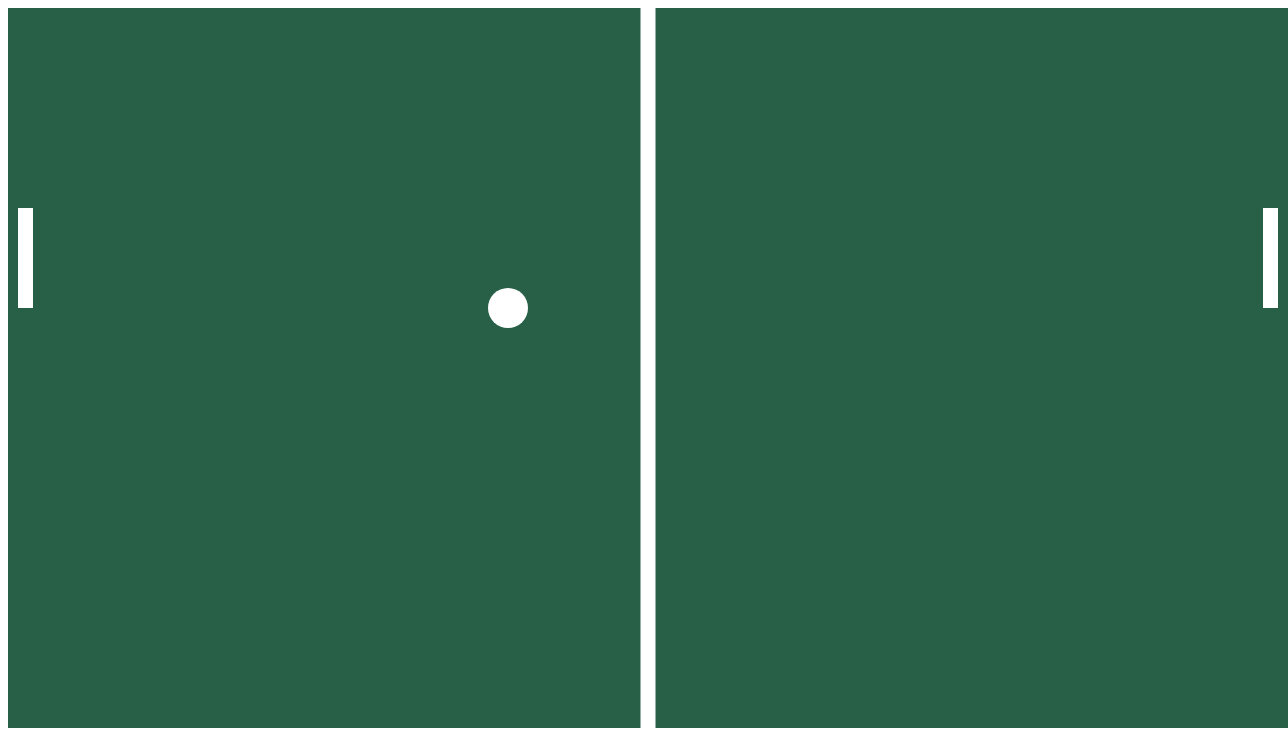
Repository: luizgaivaa/Game
Page: index.html
These files come from the project's save history. The page is drawn as it stood at one moment and after a run of saves; the edit follows.
The browser window is 1280 px wide. The page is 1288 px wide, so the pictures cover 1288 px, including what lies to the right of the window. The pictures show the whole page.

Above is the page before, as saved 2024-03-26 16:32:42.
Console error (its wording comes from the project's code and is left out).

After the next 3 saves:
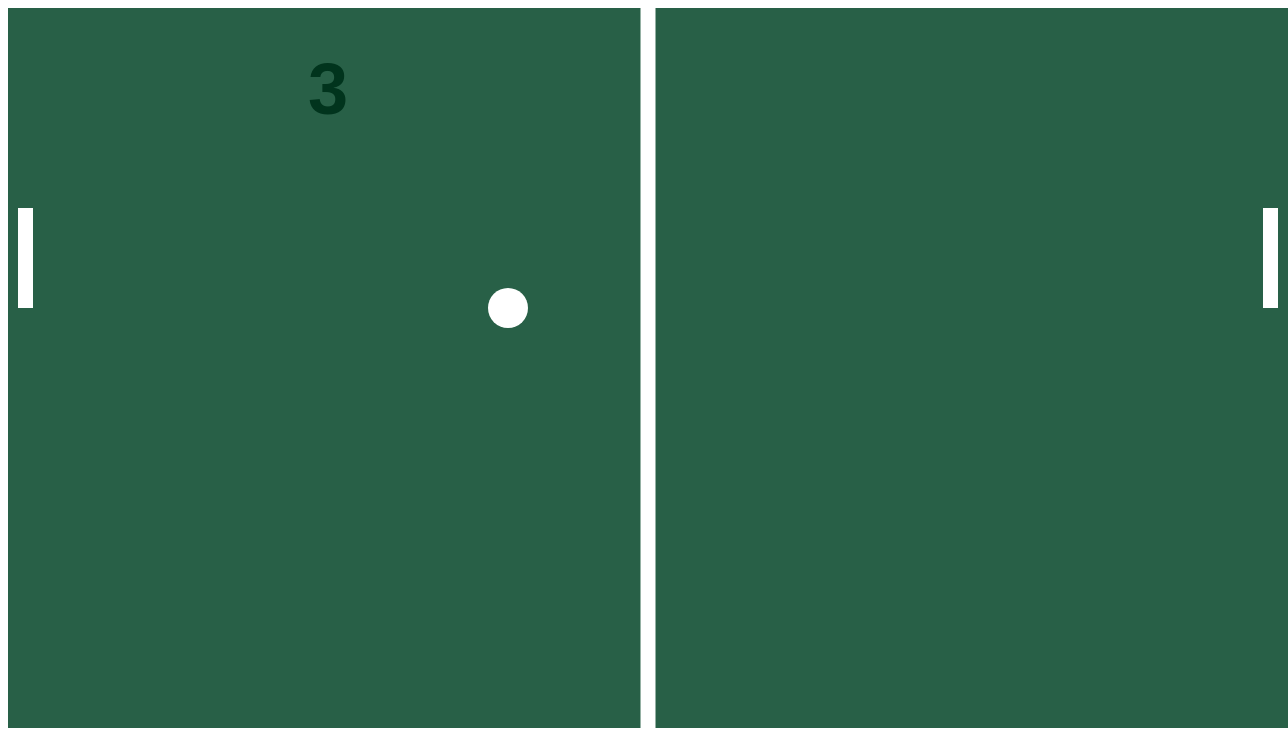
The error is gone.
The 3 saves are shown as one change because they came seconds apart.
The last was saved 10 s later.
--- a/index.html
+++ b/index.html
@@ -43,7 +43,8 @@
             canvasCtx.textAlign="center"
             canvasCtx.textBaseline="top"
             canvasCtx.fillStyle="#01341D"
-            canvasCtx.fillText("3", window.innerWidth,)
+            canvasCtx.fillText("3", window.innerWidth / 4,50)
+
 
 
         }
